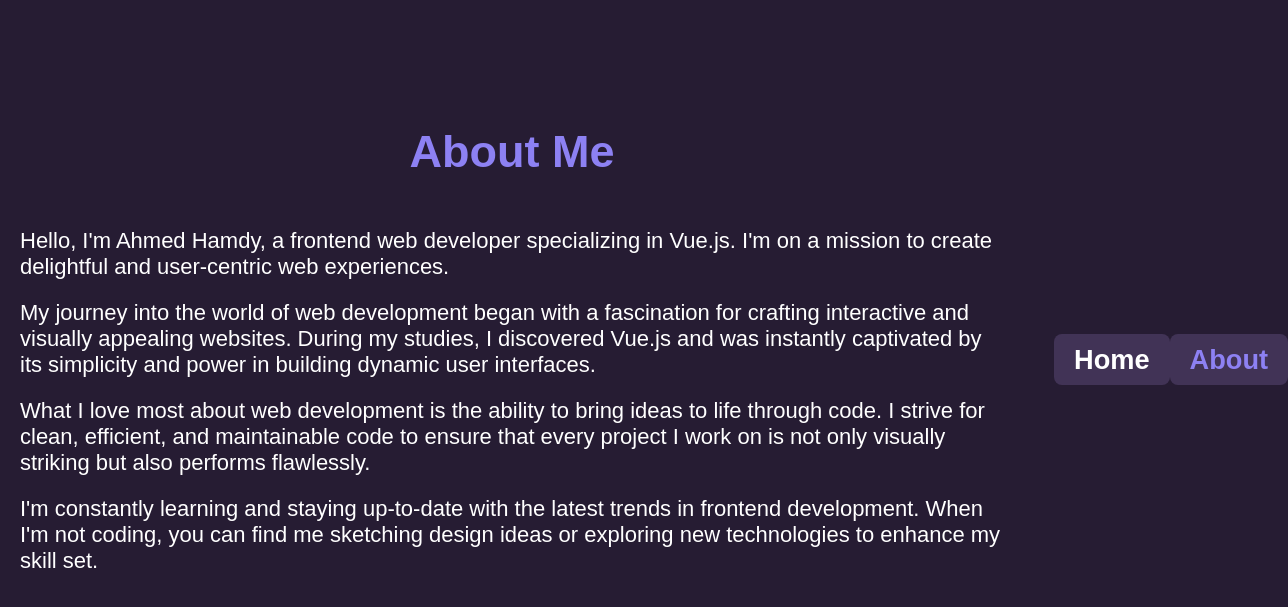
Repository: ahamdy997/portfolio
Page: /about
The author's editor kept a copy of each file at every save. The page is drawn from the files as they stood at one save, then again after the next save.
The browser window is 1280 px wide. The page is 1288 px wide, then 1280 px, so the pictures cover 1288 px, including what lies to the right of the window. The pictures show the whole page.
The project was rebuilt for these pictures with package versions that can differ from the ones it lists, and the page was loaded fresh each time. Also part of the build but not shown: vue.config.js, src/components/HelloWorld.vue, src/views/HomeView.vue.

Above is the page before, as saved 2023-11-05 22:24:06.

After the next save:
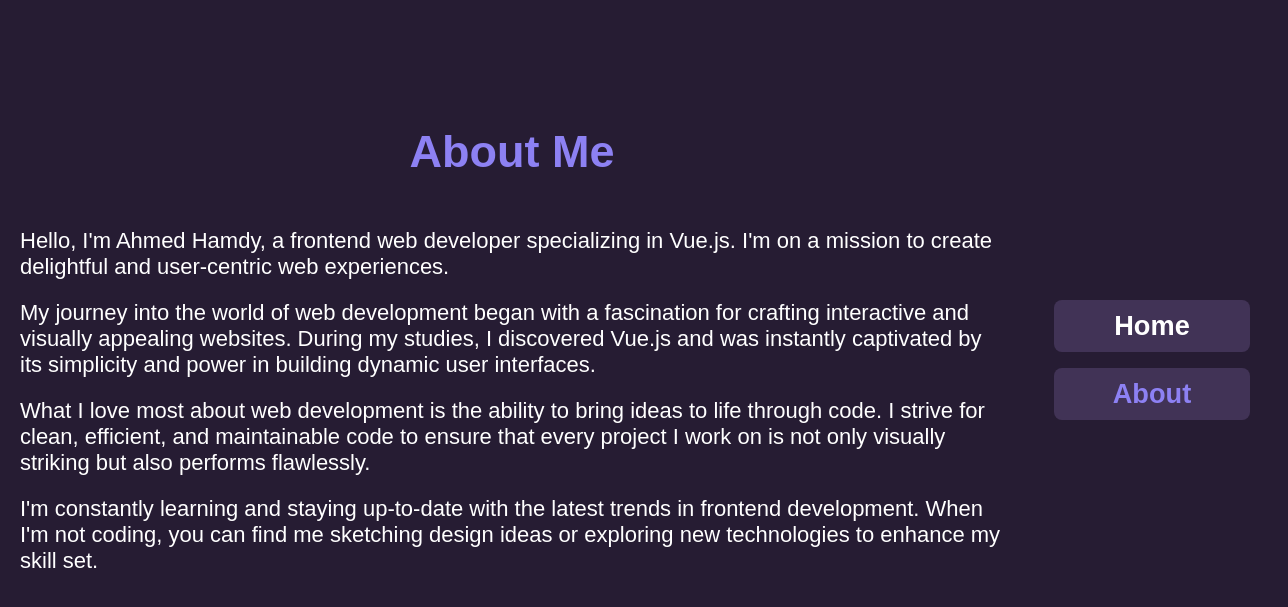
Saved 23 s later.
--- a/src/App.vue
+++ b/src/App.vue
@@ -24,14 +24,14 @@
 header {
   font-size: 1.7rem;
   width: 20%;
-  display: flex;
-  flex-direction: column;
-  gap: 1rem;
 }
 
 nav {
   padding: 30px;
   text-align: center;
+  display: flex;
+  flex-direction: column;
+  gap: 1rem;
 }
 body {
   font-family: sans-serif;
